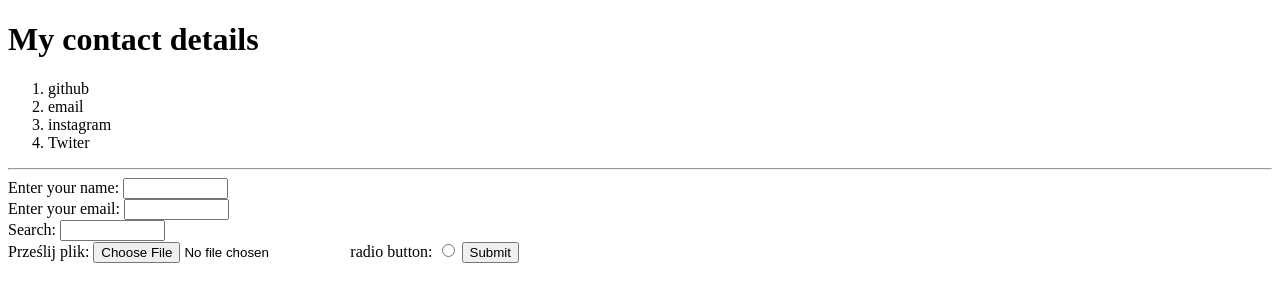
Repository: ew-code/Web-Development
Page: HTML - Personal Site/contact.html
These files come from the project's save history. The page is drawn as it stood at one moment and after a run of saves; the edit follows.
The browser window is 1280 px wide. The pictures show the whole page.

Above is the page before, as saved 2021-01-04 23:35:47.

### HTML - Personal Site/contact.html
<!DOCTYPE html>
<html lang="en">

<head>
  <meta charset="UTF-8">
  <meta name="viewport" content="width=device-width, initial-scale=1.0">
  <meta http-equiv="X-UA-Compatible" content="ie=edge">
  <title>Contact me</title>
</head>

<body>
  <h1>My contact details</h1>
  <ol>
    <li>github</li>
    <li>email</li>
    <li>instagram</li>
    <li>Twiter</li>
  </ol>
<hr>
  <form class="" action="index.html" method="post">
    <label for="name">Enter your name:</label>
    <input type="text" name="name" id="name" minlength="4" maxlength="50" size="10"><br>
    <label for="email">Enter your email:</label>
    <input type="email" name="email" id="email" minlength="4" maxlength="50" size="10"><br>
    <label for="Search">Search:</label>
    <input type="search" name="search" id="search" minlength="4" maxlength="50" size="10"><br>


    <label for="file">Prześlij plik:</label>
    <input type="file" name="file" id="file" accept="image/png, image/jpeg">
     <label for="radio">radio button:</label>
      <input type="radio" name="radio" id="radio" accept="image/png, image/jpeg">
    <input type="submit">
  </form>

</body>

</html>

After the next 2 saves:
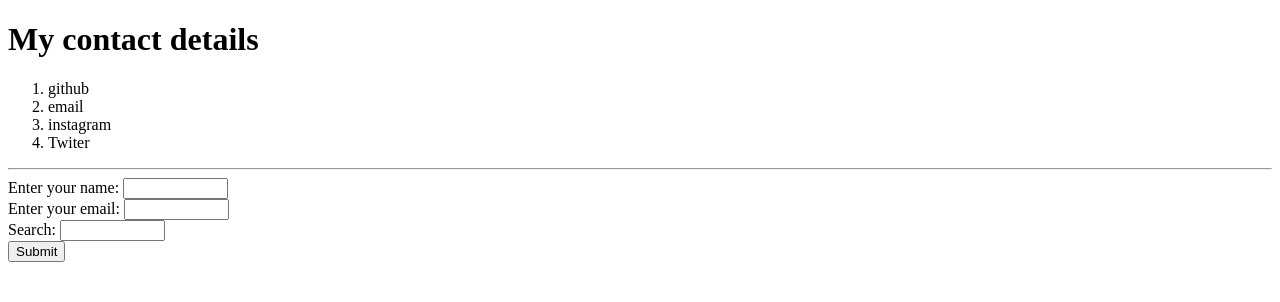
The 2 saves are shown as one change because they came seconds apart.
The last was saved 7 s later.
--- a/HTML - Personal Site/contact.html
+++ b/HTML - Personal Site/contact.html
@@ -24,12 +24,6 @@
     <input type="email" name="email" id="email" minlength="4" maxlength="50" size="10"><br>
     <label for="Search">Search:</label>
     <input type="search" name="search" id="search" minlength="4" maxlength="50" size="10"><br>
-
-
-    <label for="file">Prześlij plik:</label>
-    <input type="file" name="file" id="file" accept="image/png, image/jpeg">
-     <label for="radio">radio button:</label>
-      <input type="radio" name="radio" id="radio" accept="image/png, image/jpeg">
     <input type="submit">
   </form>
 
